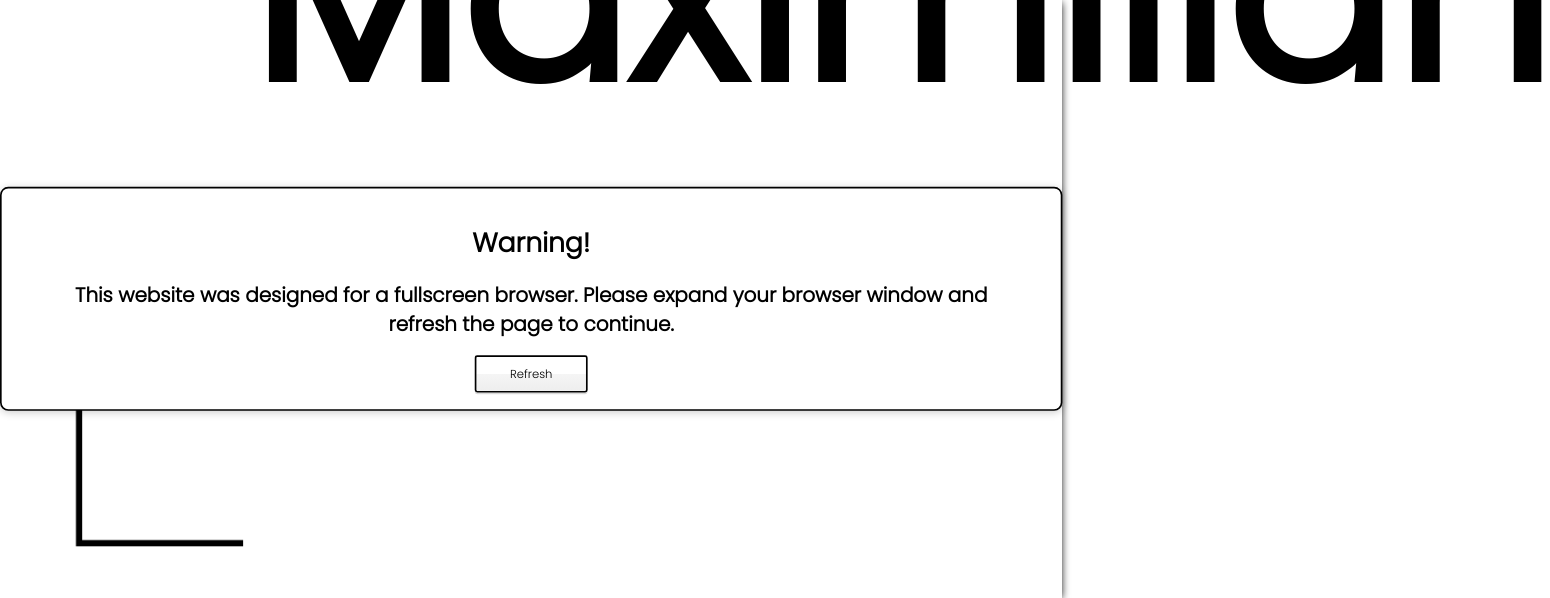
Repository: notMaximilian/maximilianaquino.github.io
Page: index.html
An editor plug-in stored every save of this project. The page is shown before and after the next save, followed by the edit.
The browser window is 1280 px wide. The page is 1867 px wide, then 1617 px, so the pictures cover 1867 px, including what lies to the right of the window. The pictures show the whole page, at 83% of full size.

Above is the page before, as saved 2022-02-04 09:46:16.
Console error: TypeError: Cannot read properties of null (reading 'style')

After the next save:
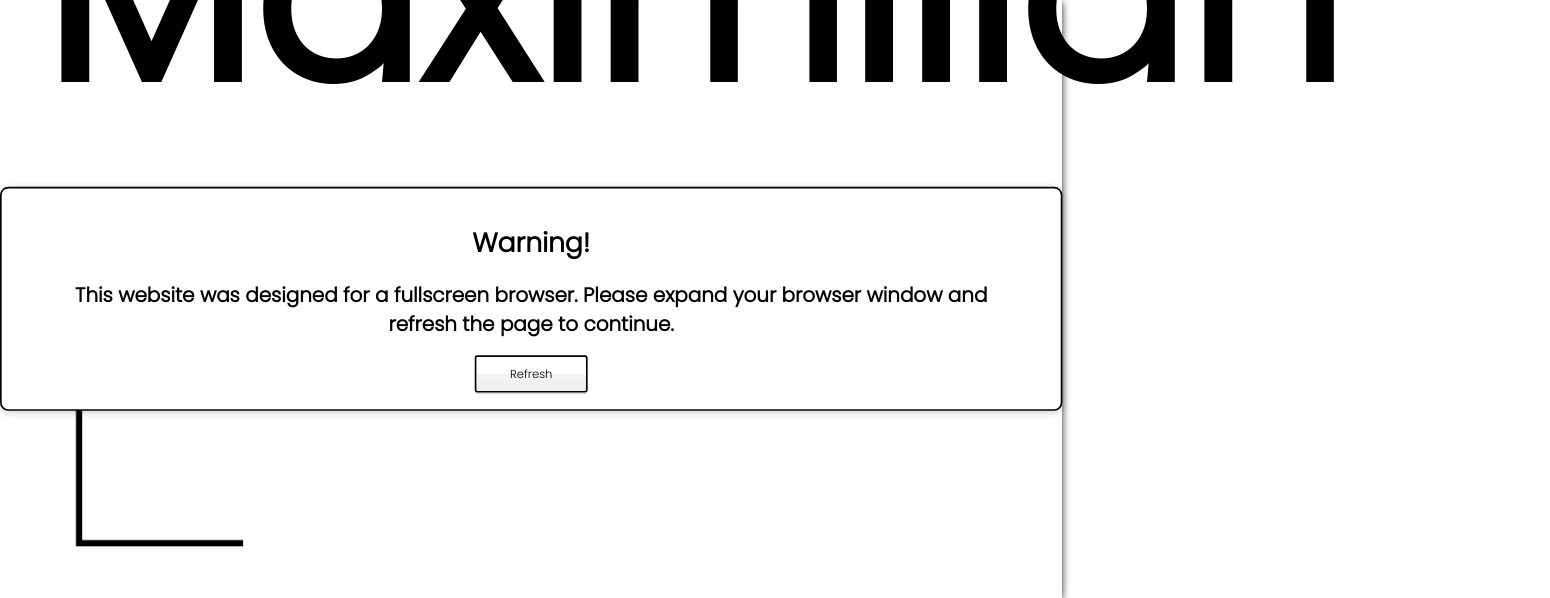
Saved 15 s later.
--- a/css/main.css
+++ b/css/main.css
@@ -175,7 +175,7 @@ body {
 
 #max{
   position: absolute;
-  left: 300px;
+  left: 50px;
   top: -60vh;
   font-family: "Poppins", sans-serif;
   font-size: 300px;
